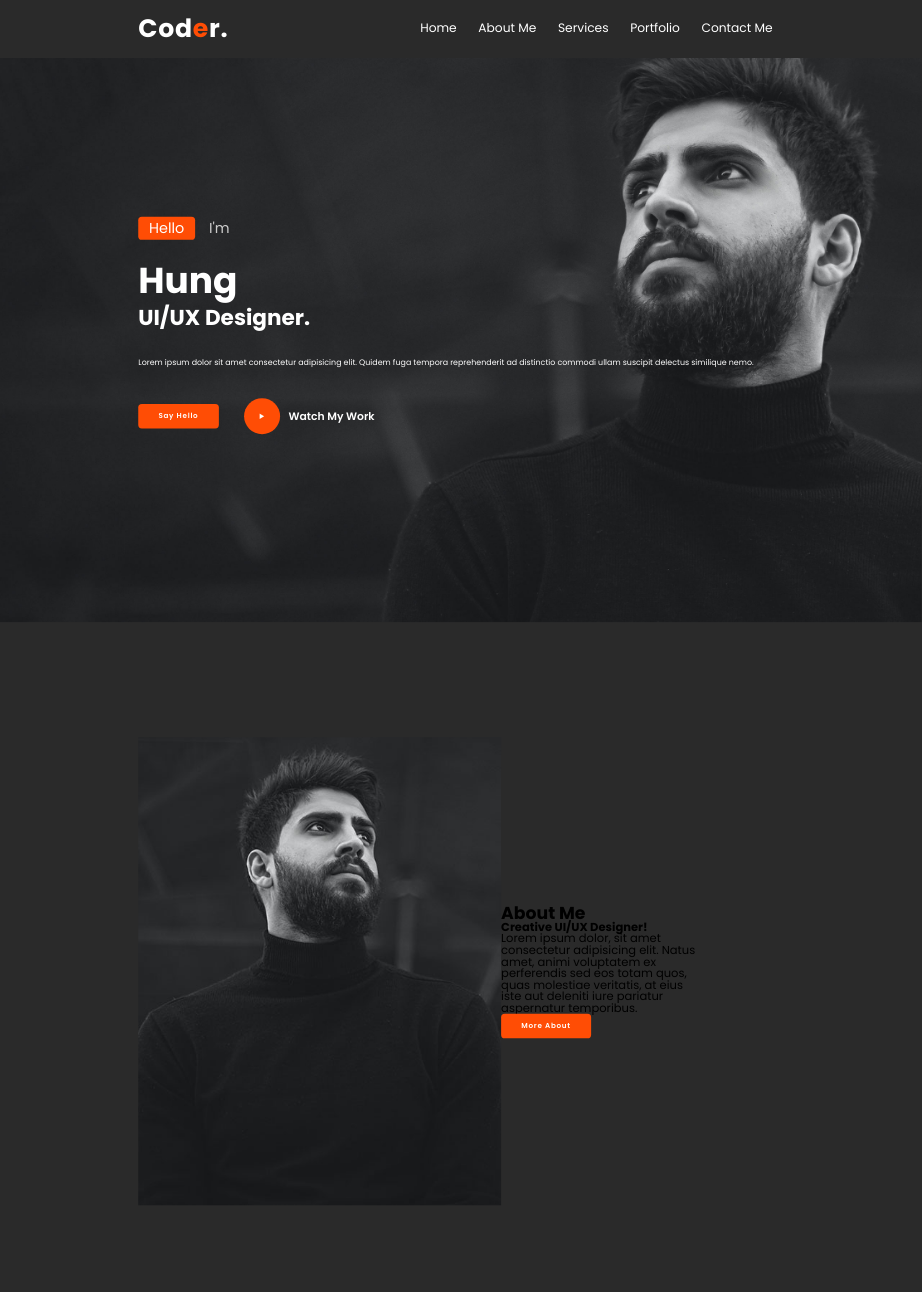
Repository: HungNg99/Protifolio2
Page: Portfolio/index.html
These files come from the project's save history. The page is drawn as it stood at one moment and after the next save; the edit follows.
The browser window is 1280 px wide. The pictures show the whole page, at 72% of full size.

Above is the page before, as saved 2022-12-11 08:26:19.

After the next save:
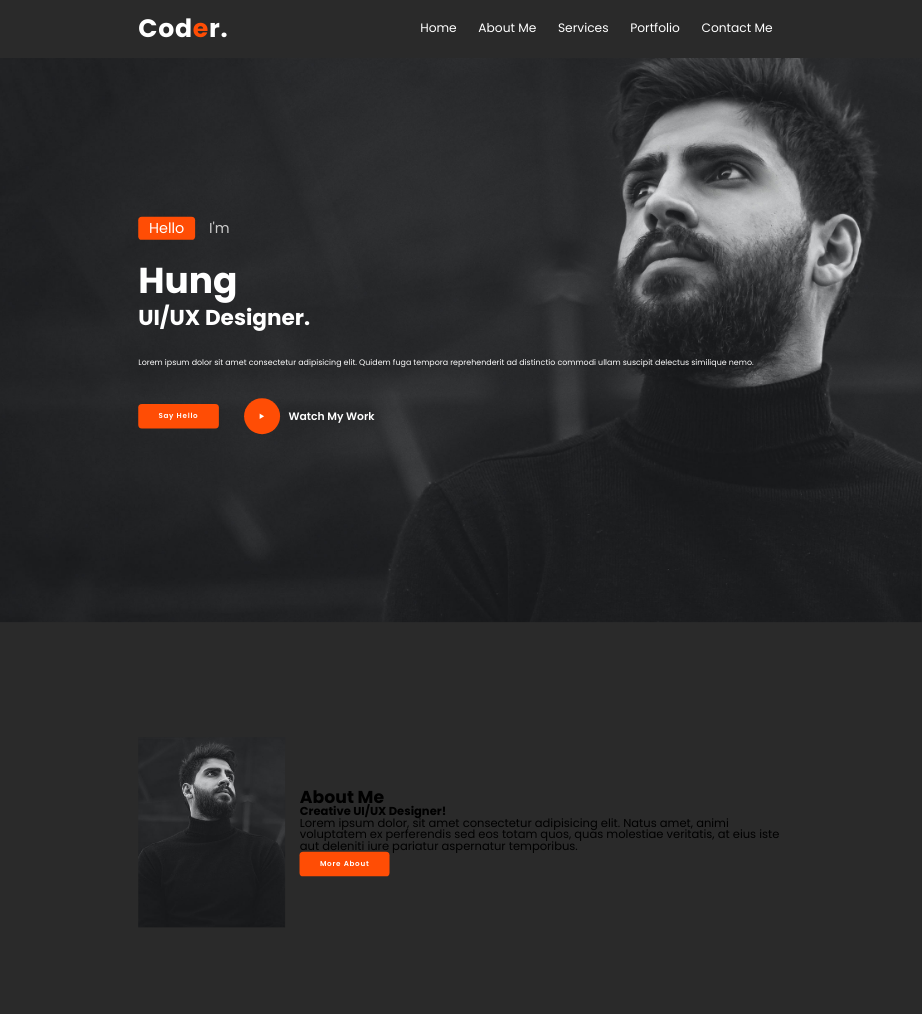
Saved 66 s later.
--- a/Portfolio/style.css
+++ b/Portfolio/style.css
@@ -183,7 +183,7 @@ section {
 .about{
     display: flex;
     align-items: center;
-    /* justify-content: space-between; */
+    justify-content: space-between;
 }
 
 
@@ -191,6 +191,5 @@ section {
 
 }
 .about-text{
-    /* display: inline-flex; */
-    flex:0.7;
+    margin-left: 20px;
 }
